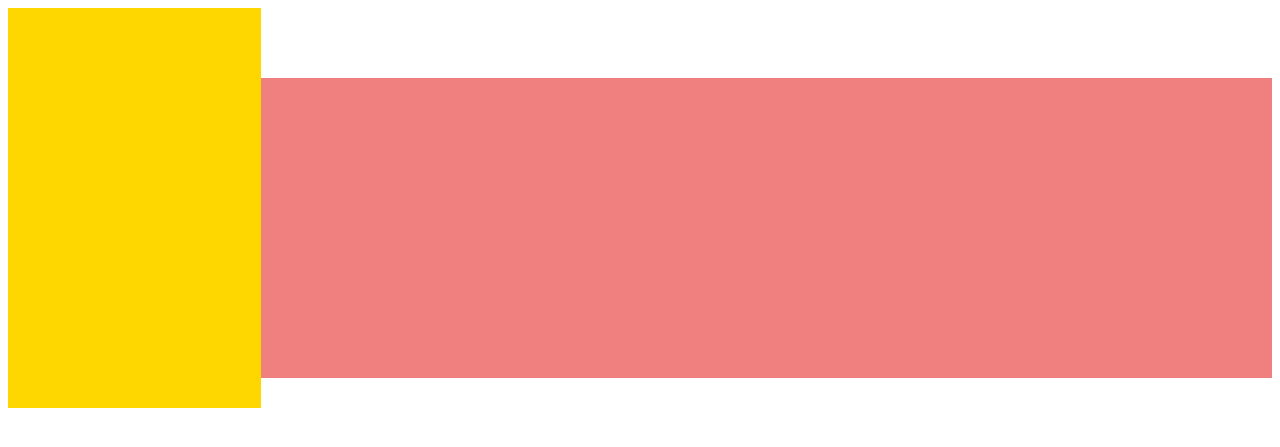
Repository: he-ming-de/vue-back
Page: /
The author's editor kept a copy of each file at every save. The page is drawn from the files as they stood at one save, then again after a run of saves.
The browser window is 1280 px wide. The pictures show the whole page.
The page's requests for data from a server got no answer. The project was rebuilt for these pictures with package versions that can differ from the ones it lists, and the page was loaded fresh each time. No one was signed in, and anything a server would have sent is missing.

Above is the page before, as saved 2020-08-27 16:09:11.

After the next 3 saves:
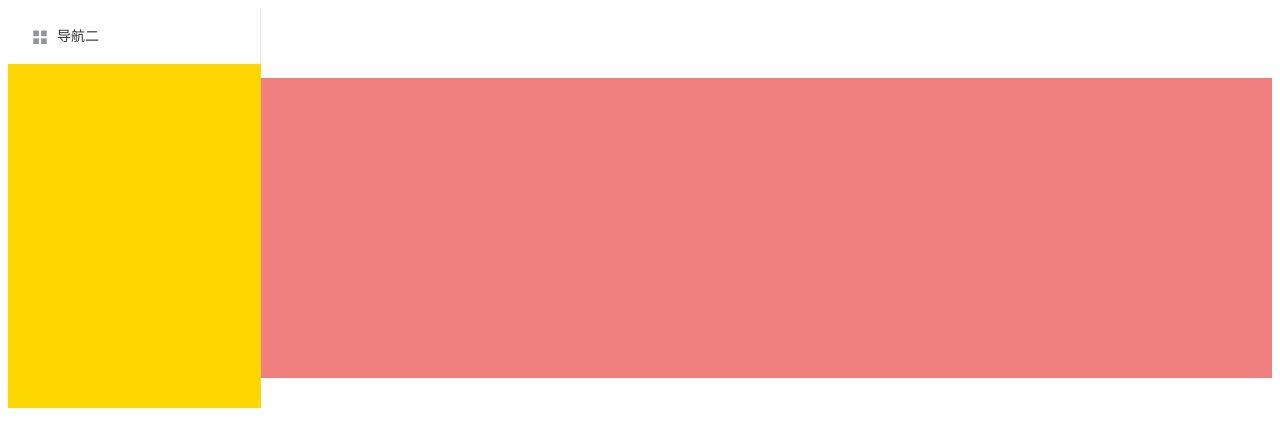
The 3 saves are shown as one change because they came seconds apart.
The last was saved 2 min 57 s later.
--- a/src/views/Home.vue
+++ b/src/views/Home.vue
@@ -9,6 +9,10 @@
             @open="handleOpen"
             @close="handleClose"
           >
+            <el-menu-item index="2">
+              <i class="el-icon-menu"></i>
+              <span slot="title">导航二</span>
+            </el-menu-item>
             <el-submenu v-for="(item,index) in lists" :key="index" index="1">
               <template slot="title">
                 <span>{{item.name}}</span>

After the 3 saves that followed:
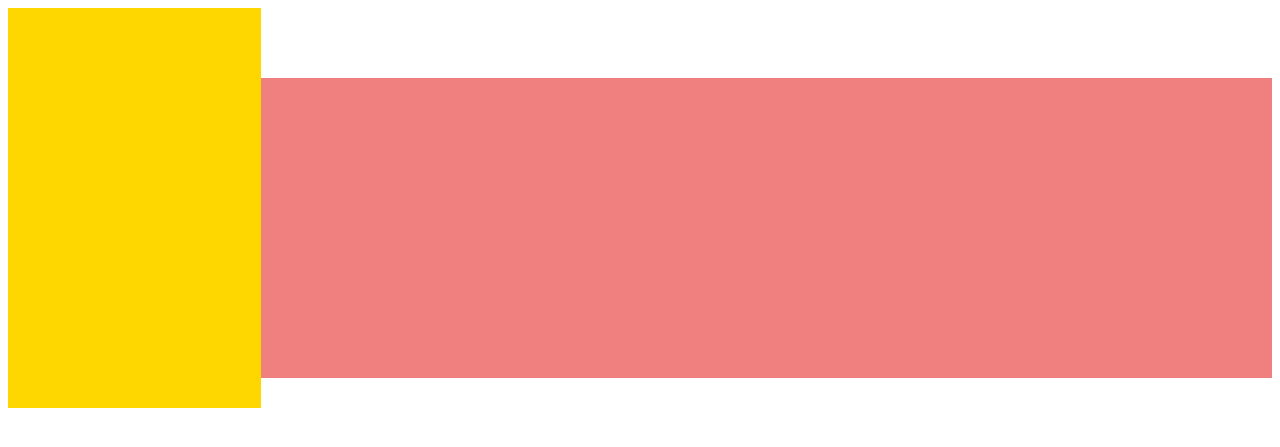
The 3 saves are shown as one change because they came seconds apart.
The last was saved 50 s later.
--- a/src/views/Home.vue
+++ b/src/views/Home.vue
@@ -9,10 +9,10 @@
             @open="handleOpen"
             @close="handleClose"
           >
-            <el-menu-item index="2">
-              <i class="el-icon-menu"></i>
+
+
               <span slot="title">导航二</span>
-            </el-menu-item>
+
             <el-submenu v-for="(item,index) in lists" :key="index" index="1">
               <template slot="title">
                 <span>{{item.name}}</span>
